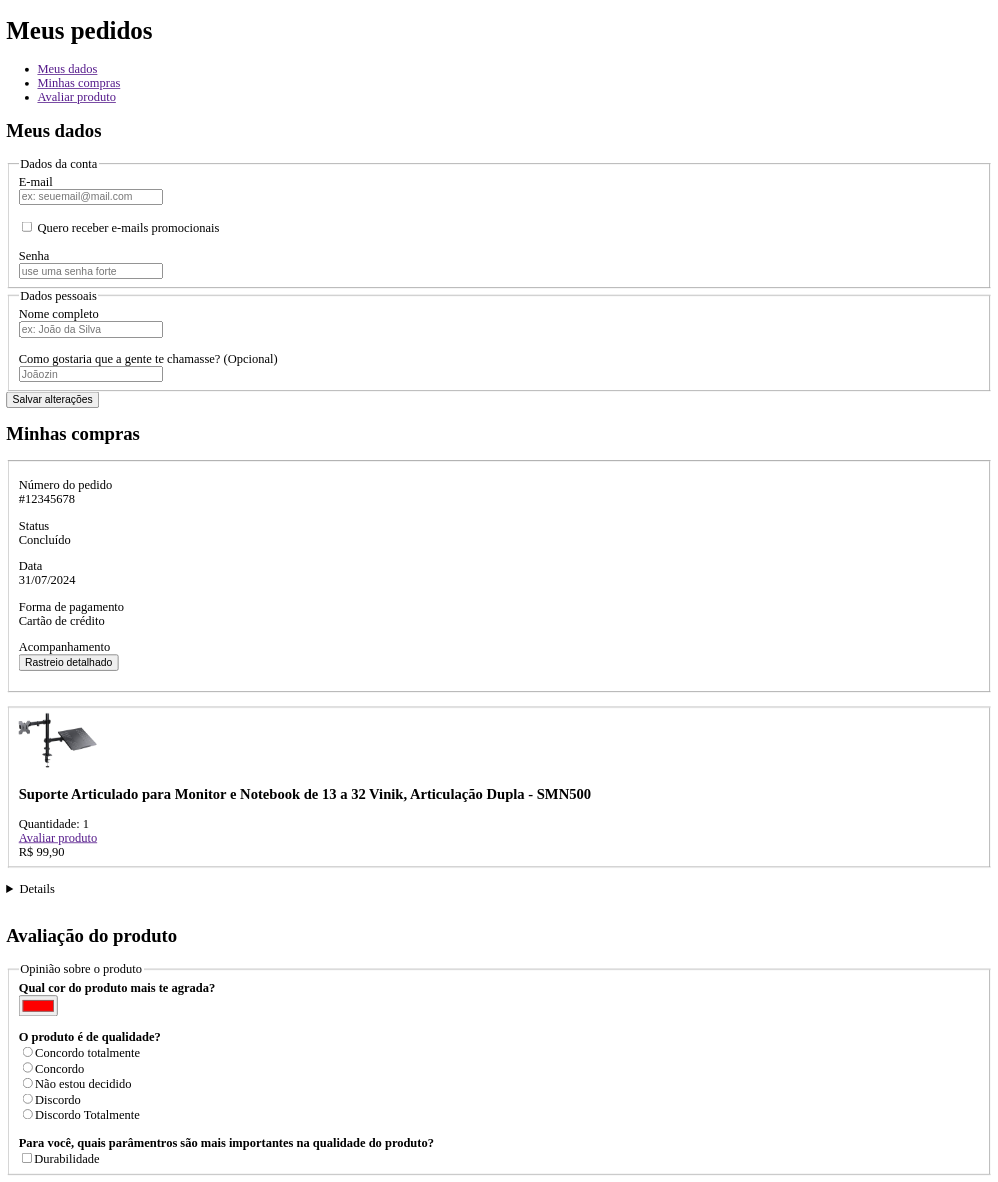
Repository: claudemir-camargo/site-compras
Page: index.html
The author's editor kept a copy of each file at every save. The page is drawn from the files as they stood at one save, then again after the next save.
The browser window is 1280 px wide. The pictures show the whole page, at 78% of full size.

Above is the page before, as saved 2024-03-03 23:13:14.

After the next save:
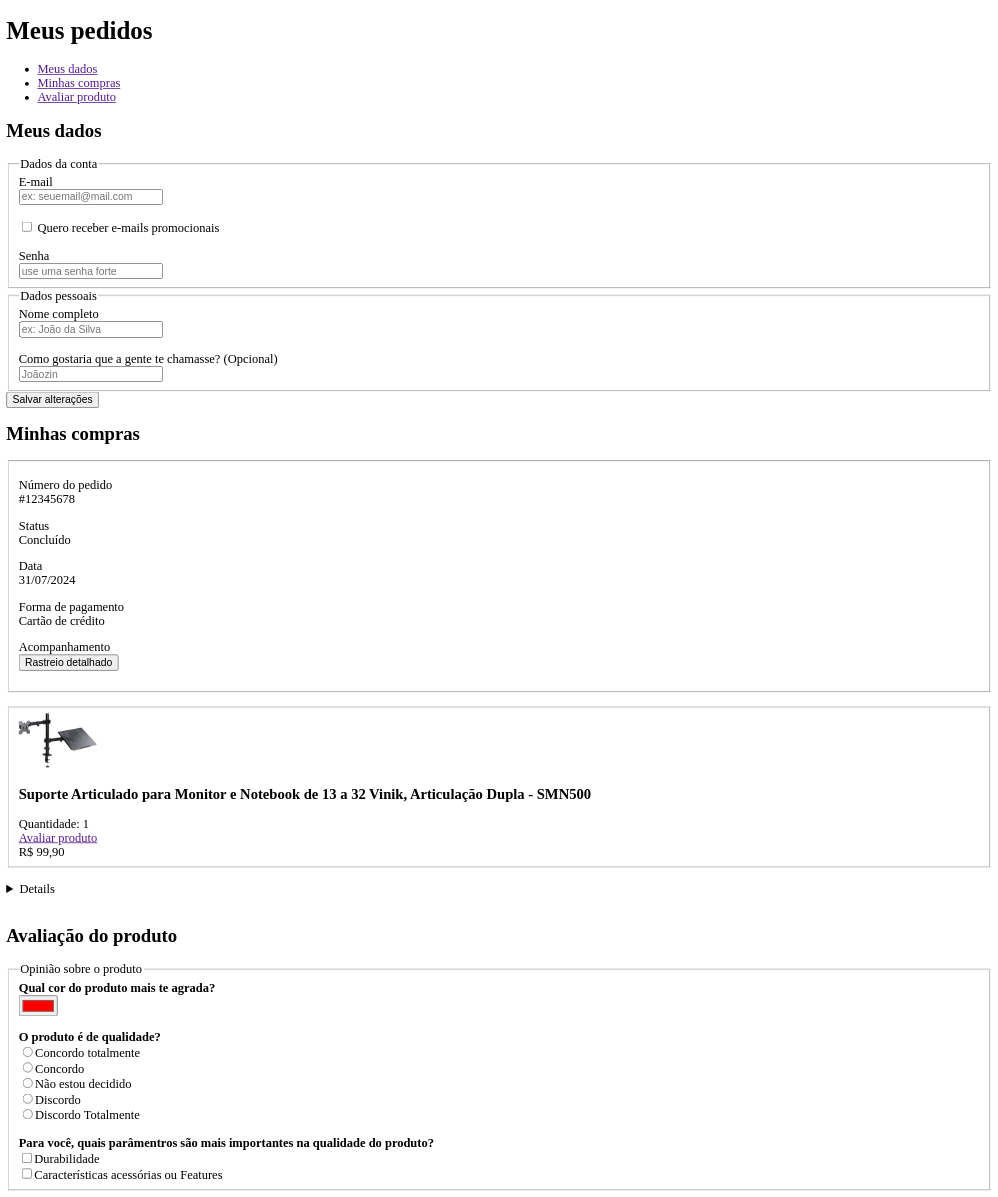
Saved 34 s later.
--- a/index.html
+++ b/index.html
@@ -94,6 +94,7 @@
             <br><br>
             <label><strong>Para você, quais parâmentros são mais importantes na qualidade do produto?</strong></label><br>
             <input type="checkbox"><label>Durabilidade</label><br>
+            <input type="checkbox"><label>Características acessórias ou Features</label><br>
 
         </form>
 
